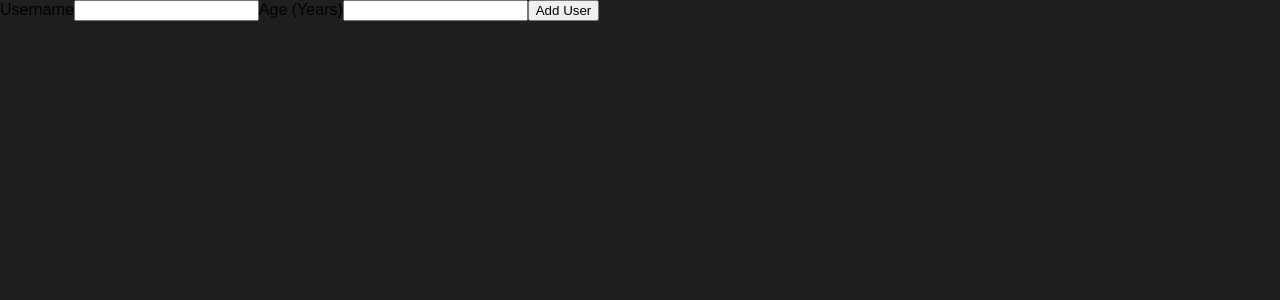
Repository: Samkiroko/react_project_2
Page: /
These files come from the project's save history. The page is drawn as it stood at one moment and after the next save; the edit follows.
The browser window is 1280 px wide. The pictures show the whole page.
The project was rebuilt for these pictures with package versions that can differ from the ones it lists, and the page was loaded fresh each time.

Above is the page before, as saved 2021-06-22 15:46:52.

After the next save:
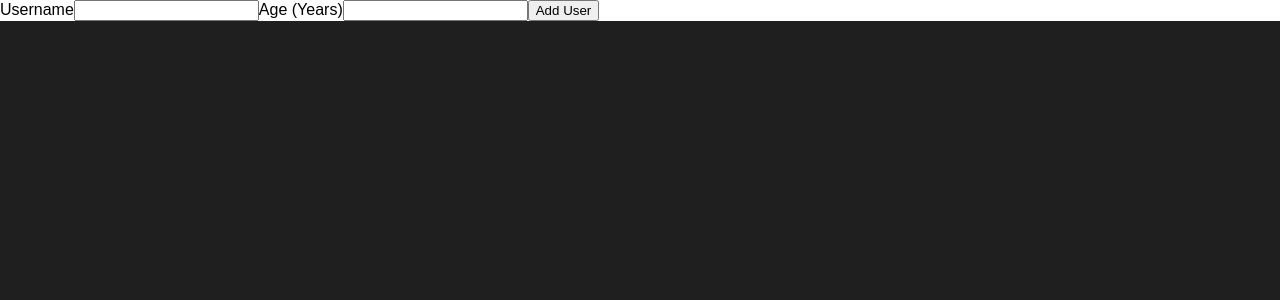
Saved 48 s later.
--- a/src/components/Users/AddUser.js
+++ b/src/components/Users/AddUser.js
@@ -1,17 +1,21 @@
 import React from 'react'
+import Card from '../UI/Card'
 
 const AddUser = (props) => {
   const addUserHandler = (event) => {
     event.preventDefault()
   }
   return (
-    <form onSubmit={addUserHandler}>
-      <label htmlFor='username'>Username</label>
-      <input id='username' type='text' />
-      <label htmlFor='username'>Age (Years)</label>
-      <input id='age' type='number' />
-      <button type='submit'>Add User</button>
-    </form>
+    <Card>
+      {' '}
+      <form onSubmit={addUserHandler}>
+        <label htmlFor='username'>Username</label>
+        <input id='username' type='text' />
+        <label htmlFor='username'>Age (Years)</label>
+        <input id='age' type='number' />
+        <button type='submit'>Add User</button>
+      </form>
+    </Card>
   )
 }
 
